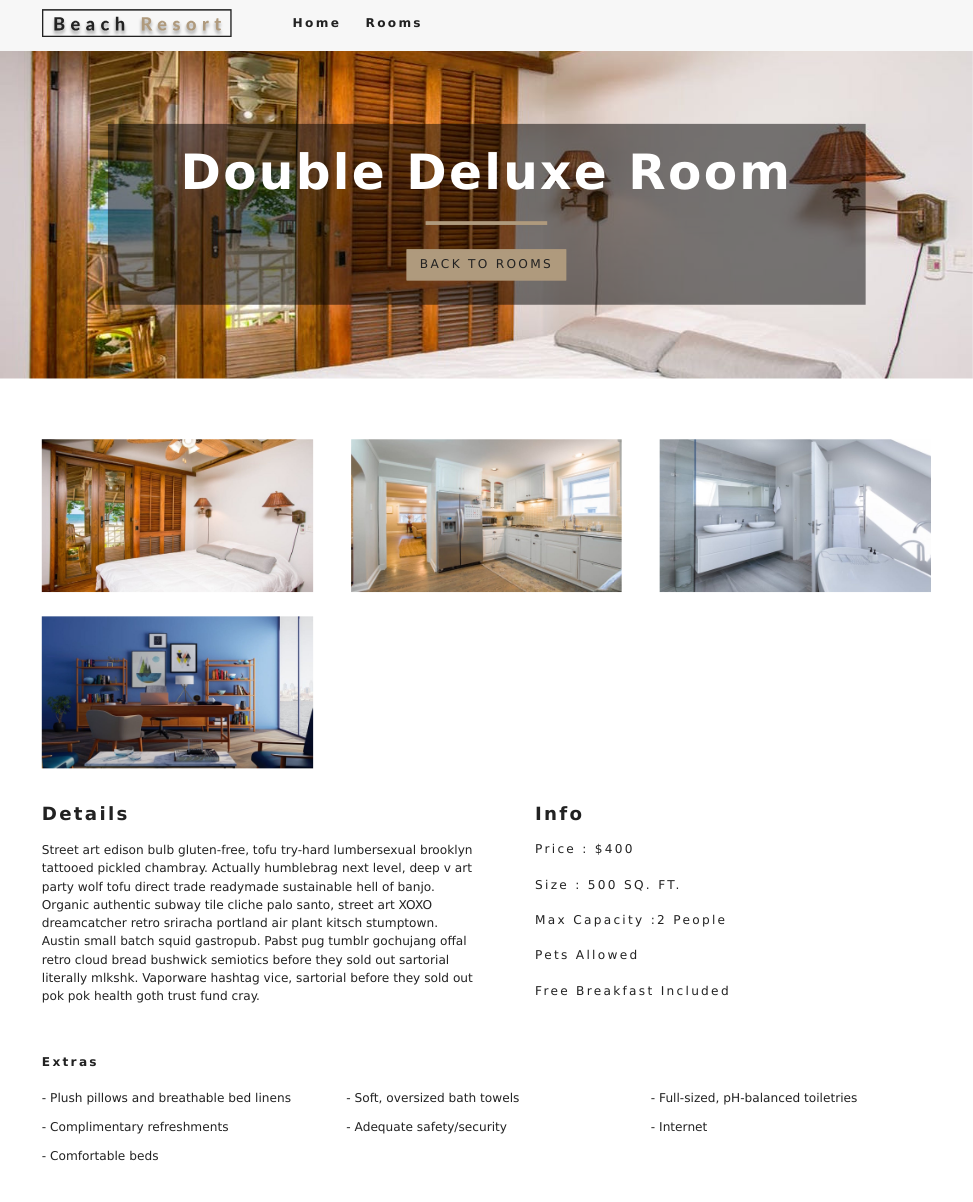
Repository: sanchit01garg/react-beachResort
Page: /rooms/double-deluxe
An editor plug-in stored every save of this project. The page is shown before and after the next save, followed by the edit.
The browser window is 1280 px wide. The pictures show the whole page, at 76% of full size.
The project was rebuilt for these pictures with package versions that can differ from the ones it lists, and the page was loaded fresh each time. Also part of the build but not shown: src/components/Hero.js, src/components/Title.js, src/components/Services.js, src/components/Loading.js, src/components/Room.js, src/components/FeaturedRooms.js, src/pages/Home.js, src/pages/Error.js and 1 more.

Above is the page before, as saved 2021-01-08 01:10:38.

After the next save:
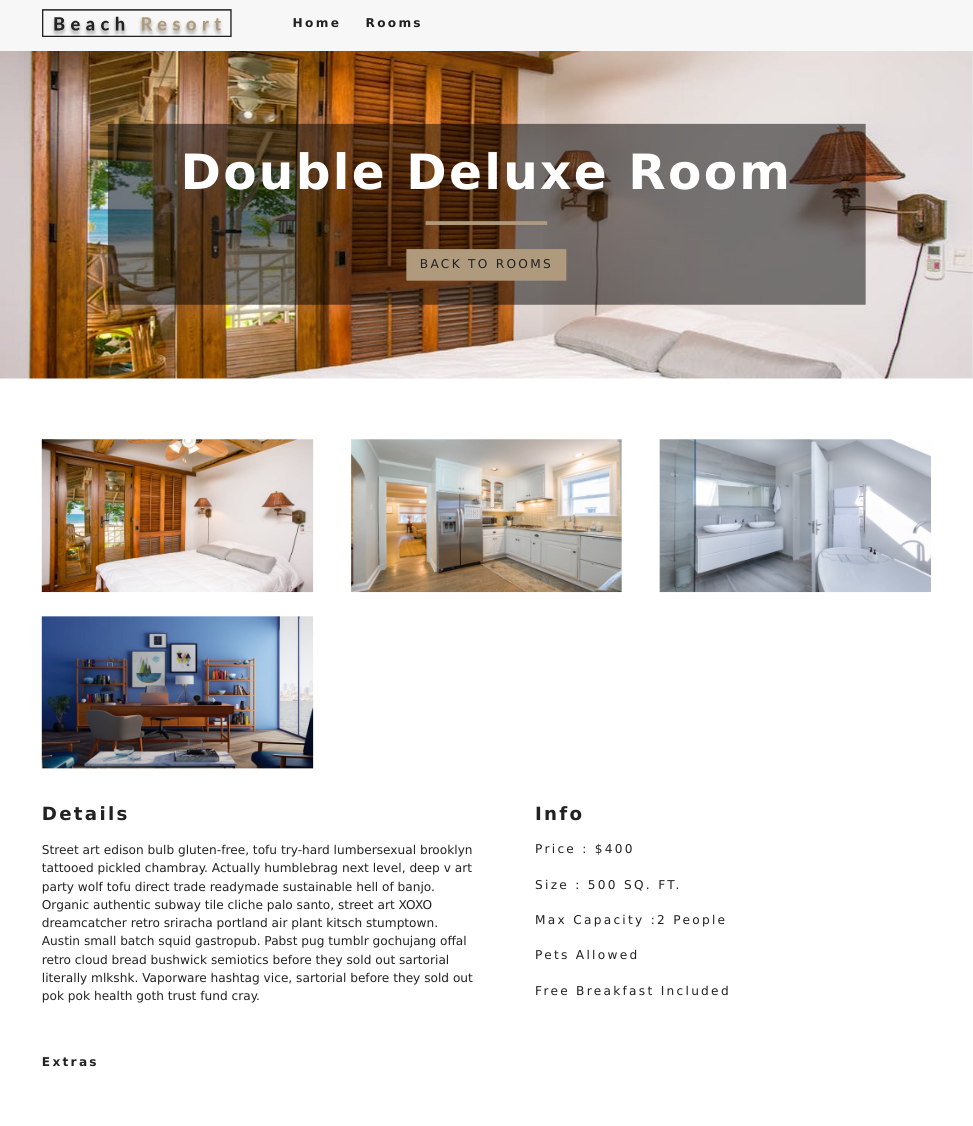
Saved 2 min 6 s later.
--- a/src/pages/SingleRoom.js
+++ b/src/pages/SingleRoom.js
@@ -77,9 +77,9 @@
         <section className="room-extras">
           <h6>extras </h6>
           <ul className="extras">
-            {extras.map((item, index) => (
-              <li key={index}>- {item}</li>
-            ))}
+            {extras.map((item, index) => {
+              <li key={index}>- {item}</li>;
+            })}
           </ul>
         </section>
       </>

After the save that followed:
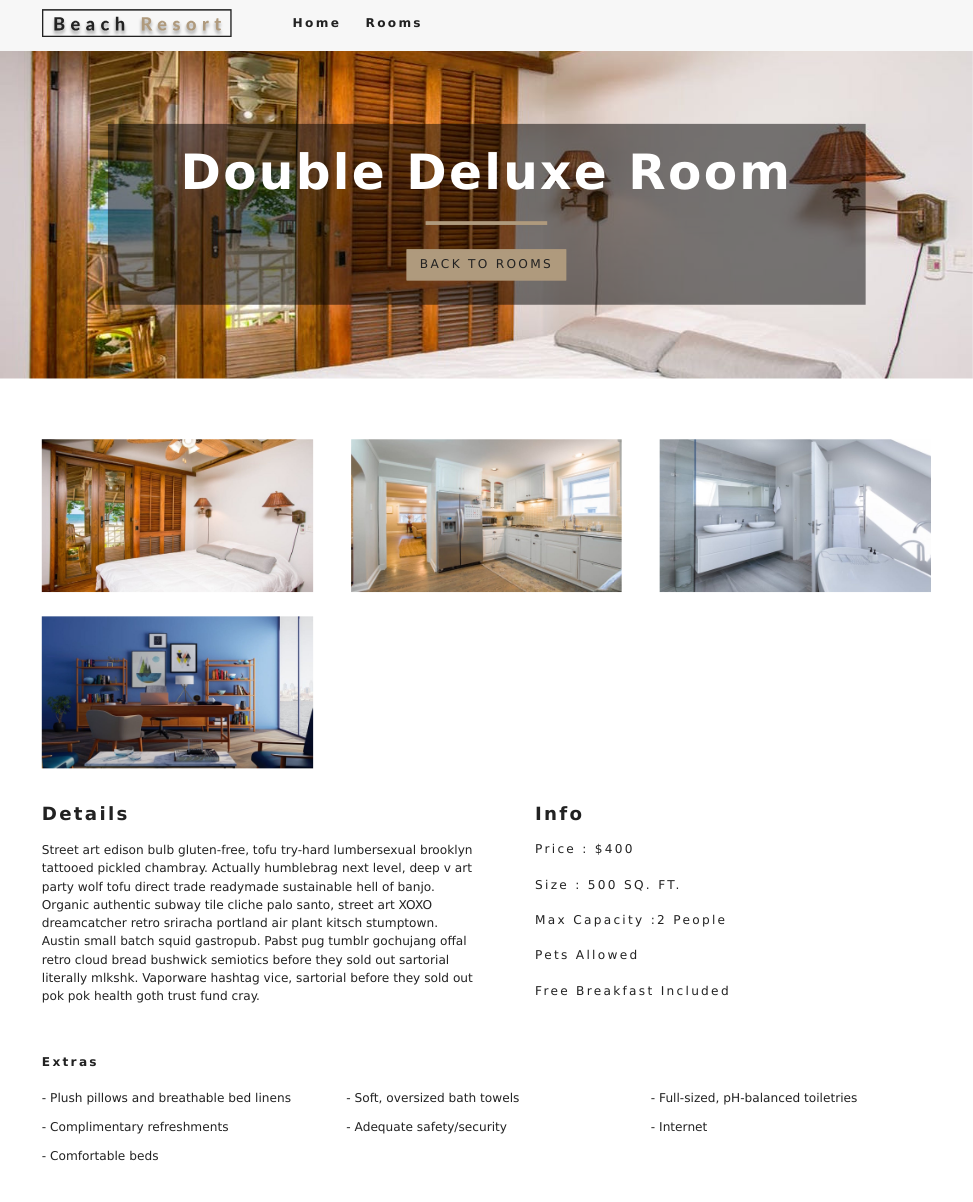
Saved 11 s later.
--- a/src/pages/SingleRoom.js
+++ b/src/pages/SingleRoom.js
@@ -78,7 +78,7 @@
           <h6>extras </h6>
           <ul className="extras">
             {extras.map((item, index) => {
-              <li key={index}>- {item}</li>;
+              return <li key={index}>- {item}</li>;
             })}
           </ul>
         </section>
